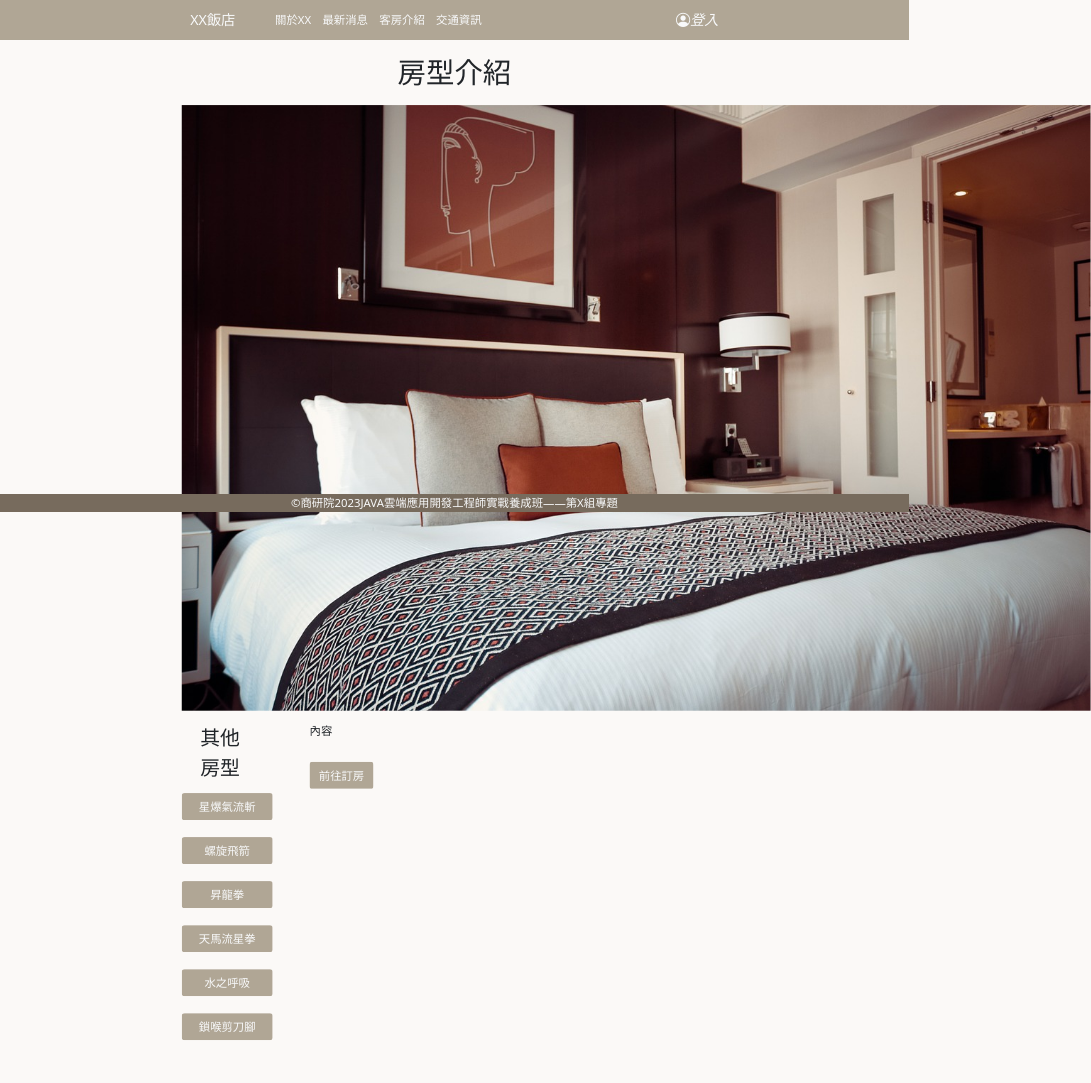
Repository: starcool0505/JavaProject-Hotel
Page: http://localhost/Hotel/room_index.jsp?type=0
The author's editor kept a copy of each file at every save. The page is drawn from the files as they stood at one save, then again after the next save.
The browser window is 1280 px wide. The page is 1536 px wide, so the pictures cover 1536 px, including what lies to the right of the window. The pictures show the whole page, at 71% of full size.
The page is served by Tomcat 9. Nobody is signed in. The application's start-up code is not run.

Above is the page before, as saved 2023-12-19 06:38:29.

After the next save:
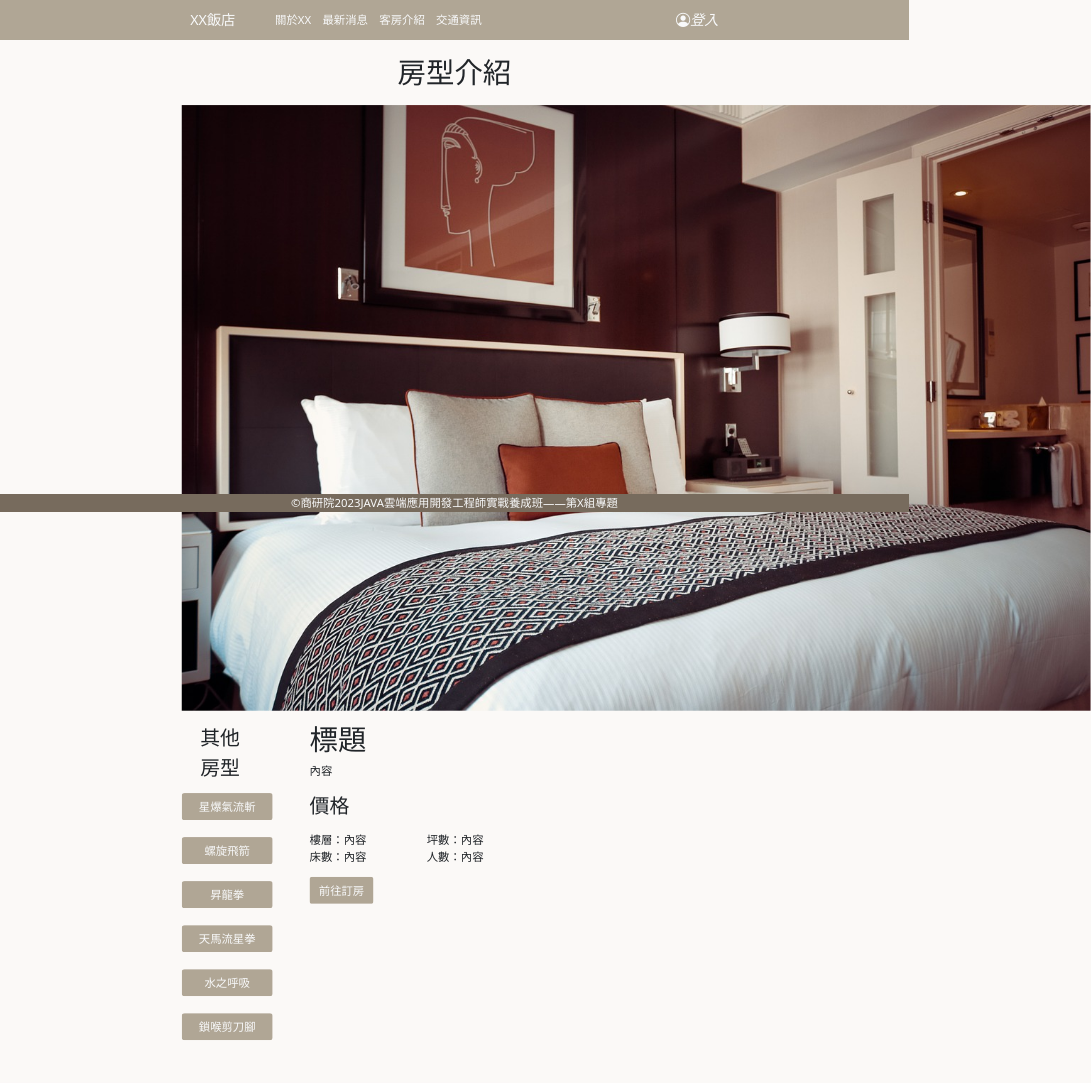
Saved 4 min 0 s later.
--- a/Hotel/src/main/webapp/room_index.jsp
+++ b/Hotel/src/main/webapp/room_index.jsp
@@ -56,16 +56,16 @@
 								</div>
 				</div>
 				<div class="col-5 text-start ms-5">
-					<h1 class="mt-3">${title}</h1>
+					<h1 class="mt-3">標題</h1>
 					<p>內容</p>
-					<div class="fs-3">${price}</div>
+					<div class="fs-3">價格</div>
 					<div class="row mt-3">
-						<div class="col">${floor}</div>
-						<div class="col">${square}</div>
+						<div class="col">樓層：內容</div>
+						<div class="col">坪數：內容</div>
 					</div>
 					<div class="row">
-						<div class="col">${bed}</div>
-						<div class="col">${people}</div>
+						<div class="col">床數：內容</div>
+						<div class="col">人數：內容</div>
 					</div>
 					<div class="mt-3">
 						<button type="button" class="btn bg_main3 text-light">前往訂房</button>
